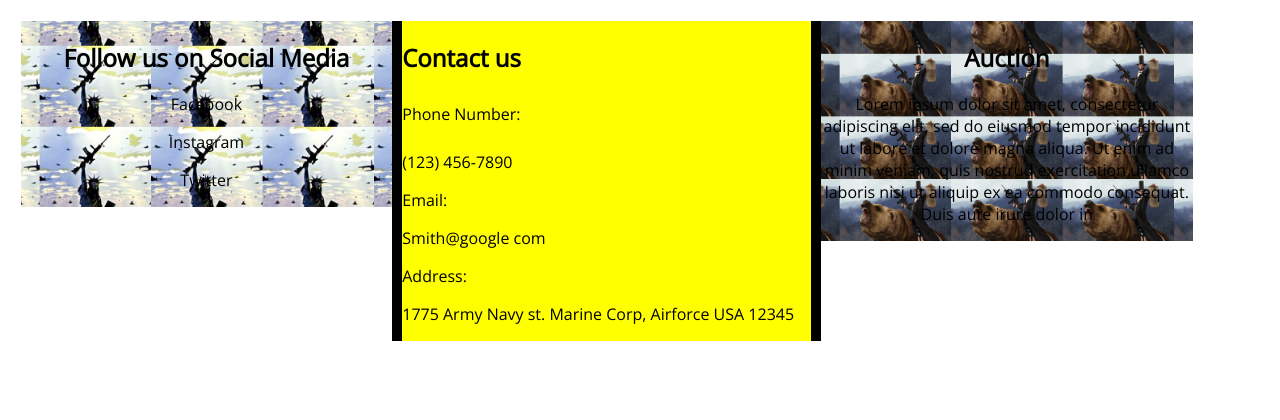
Repository: 3EyEdRav3n/10-2020-cohort-course
Page: week-1/Week-1 Assignment/index.html
These files come from the project's save history. The page is drawn as it stood at one moment and after the next save; the edit follows.
The browser window is 1280 px wide. The pictures show the whole page.

Above is the page before, as saved 2020-11-01 21:54:10.

After the next save:
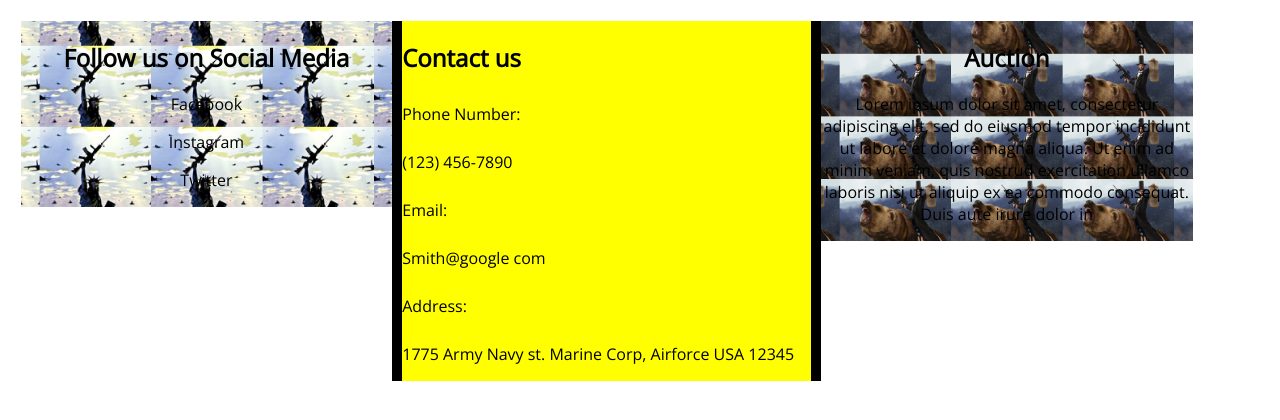
Saved 18 s later.
--- a/week-1/Week-1 Assignment/styles.css
+++ b/week-1/Week-1 Assignment/styles.css
@@ -38,9 +38,13 @@
         text-align: left;
 }
 .em{
+        padding-top: 10px;
+        padding-bottom: 10px;
         text-align: left;
 }
 .add{
+        padding-top: 10px;
+        padding-bottom: 10px;
         text-align: left;
 }
 
